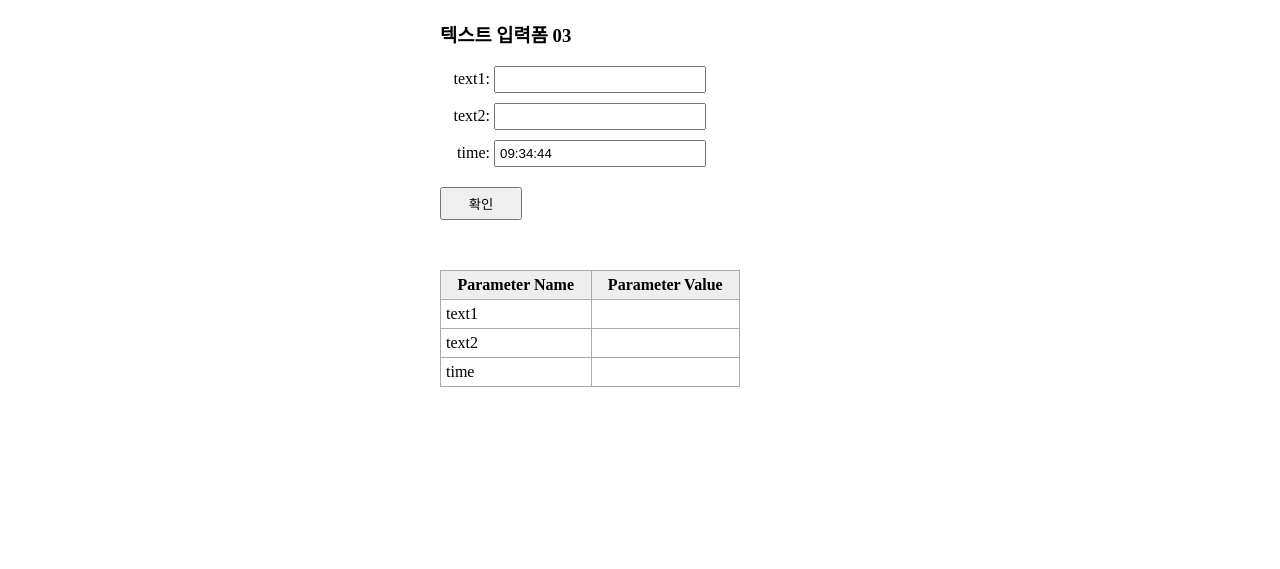
Repository: 5anniversary/JSPhw
Page: http://localhost/lecture1/form01/form2.jsp
These files come from the project's save history. The page is drawn as it stood at one moment and after the next save; the edit follows.
The browser window is 1280 px wide. The pictures show the whole page.
The page is served by Tomcat 9. Other server files are loaded and not shown.

Above is the page before, as saved 2020-04-11 14:21:12.

### lecture1/WebContent/form01/form2.jsp
<%@ page language="java" contentType="text/html; charset=UTF-8"
	pageEncoding="UTF-8"%>
<%@ page import="java.util.Date, java.text.SimpleDateFormat"%>
<!DOCTYPE html>
<html>
<head>
<meta http-equiv="Content-Type" content="text/html; charset=utf-8">
<style>
div.container {
	width: 400px;
	margin: 20px auto;
}

form div {
	margin-bottom: 10px;
}

label {
	display: inline-block;
	width: 50px;
	text-align: right;
}

input {
	width: 200px;
	padding: 4px;
}

button {
	padding: 0.4em 2em;
	margin-top: 10px;
}

table {
	width: 300px;
	border-collapse: collapse;
	margin-top: 50px;
}

thead tr {
	background-color: #eee;
}

td, th {
	border: 1px solid #aaa;
	padding: 5px;
}
</style>
</head>
<body>
	<%
		request.setCharacterEncoding("utf-8");
	String text1 = request.getParameter("text1");
	String text2 = request.getParameter("text2");
	String time = request.getParameter("time");
	if (text1 == null)
		text1 = "";
	if (text2 == null)
		text2 = "";
	if (time == null)
		time = "";
	String currentTime = new SimpleDateFormat("HH:mm:ss").format(new Date());
	%>
	<div class="container">
		<form>
			<h3>텍스트 입력폼 03</h3>
			<div>
				<label>text1:</label> <input type="text" name="text1"
					value="<%=text1%>" />
			</div>
			<div>
				<label>text2:</label> <input type="text" name="text2"
					value="<%=text2%>" />
			</div>
			<div>
				<label>time:</label> <input type="text" name="time"
					value='<%=currentTime%>' />
			</div>
			<div>
				<button type="submit">확인</button>
			</div>
		</form>
		<table>
			<thead>
				<tr>
					<th>Parameter Name</th>
					<th>Parameter Value</th>
				</tr>
			</thead>
			<tbody>
				<tr>
					<td>text1</td>
					<td><%=text1%></td>
				</tr>
				<tr>
					<td>text2</td>
					<td><%=text2%></td>
				</tr>
				<tr>
					<td>time</td>
					<td><%=time%></td>
				</tr>
			</tbody>
		</table>
	</div>
</body>
</html>

After the next save:
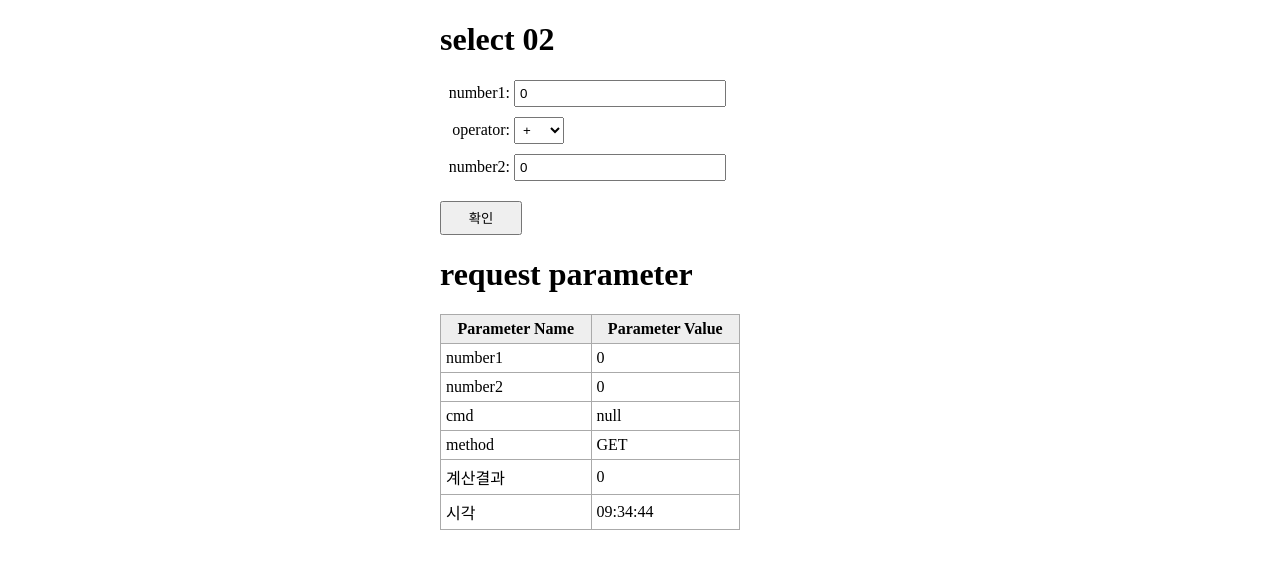
Saved 3 min 29 s later.
--- a/lecture1/WebContent/form01/form2.jsp
+++ b/lecture1/WebContent/form01/form2.jsp
@@ -17,12 +17,17 @@ form div {
 
 label {
 	display: inline-block;
-	width: 50px;
+	width: 70px;
 	text-align: right;
 }
 
 input {
 	width: 200px;
+	padding: 4px;
+}
+
+select {
+	width: 50px;
 	padding: 4px;
 }
 
@@ -34,7 +39,6 @@ button {
 table {
 	width: 300px;
 	border-collapse: collapse;
-	margin-top: 50px;
 }
 
 thead tr {
@@ -49,37 +53,45 @@ td, th {
 </head>
 <body>
 	<%
-		request.setCharacterEncoding("utf-8");
-	String text1 = request.getParameter("text1");
-	String text2 = request.getParameter("text2");
-	String time = request.getParameter("time");
-	if (text1 == null)
-		text1 = "";
-	if (text2 == null)
-		text2 = "";
-	if (time == null)
-		time = "";
-	String currentTime = new SimpleDateFormat("HH:mm:ss").format(new Date());
+		String s1 = request.getParameter("number1");
+	int number1 = (s1 == null) ? 0 : Integer.parseInt(s1);
+	String s2 = request.getParameter("number2");
+	int number2 = (s2 == null) ? 0 : Integer.parseInt(s2);
+	String cmd = request.getParameter("cmd");
+	int result = 0;
+	if ("+".equals(cmd))
+		result = number1 + number2;
+	else if ("-".equals(cmd))
+		result = number1 - number2;
+	else if ("*".equals(cmd))
+		result = number1 * number2;
+	else if ("/".equals(cmd))
+		result = number1 / number2;
 	%>
 	<div class="container">
-		<form>
-			<h3>텍스트 입력폼 03</h3>
+		<form method="get">
+			<h1>select 02</h1>
 			<div>
-				<label>text1:</label> <input type="text" name="text1"
-					value="<%=text1%>" />
+				<label>number1:</label> <input type="text" name="number1"
+					value="<%=number1%>" />
 			</div>
 			<div>
-				<label>text2:</label> <input type="text" name="text2"
-					value="<%=text2%>" />
+				<label>operator:</label> <select name="cmd">
+					<option value="+" <%="+".equals(cmd) ? "selected" : ""%>>+</option>
+					<option value="-" <%="-".equals(cmd) ? "selected" : ""%>>-</option>
+					<option value="*" <%="*".equals(cmd) ? "selected" : ""%>>*</option>
+					<option value="/" <%="/".equals(cmd) ? "selected" : ""%>>/</option>
+				</select>
 			</div>
 			<div>
-				<label>time:</label> <input type="text" name="time"
-					value='<%=currentTime%>' />
+				<label>number2:</label> <input type="text" name="number2"
+					value="<%=number2%>" />
 			</div>
 			<div>
 				<button type="submit">확인</button>
 			</div>
 		</form>
+		<h1>request parameter</h1>
 		<table>
 			<thead>
 				<tr>
@@ -89,16 +101,28 @@ td, th {
 			</thead>
 			<tbody>
 				<tr>
-					<td>text1</td>
-					<td><%=text1%></td>
+					<td>number1</td>
+					<td><%=number1%></td>
 				</tr>
 				<tr>
-					<td>text2</td>
-					<td><%=text2%></td>
+					<td>number2</td>
+					<td><%=number2%></td>
 				</tr>
 				<tr>
-					<td>time</td>
-					<td><%=time%></td>
+					<td>cmd</td>
+					<td><%=cmd%></td>
+				</tr>
+				<tr>
+					<td>method</td>
+					<td><%=request.getMethod()%></td>
+				</tr>
+				<tr>
+					<td>계산결과</td>
+					<td><%=result%></td>
+				</tr>
+				<tr>
+					<td>시각</td>
+					<td><%=new SimpleDateFormat("HH:mm:ss").format(new Date())%></td>
 				</tr>
 			</tbody>
 		</table>
